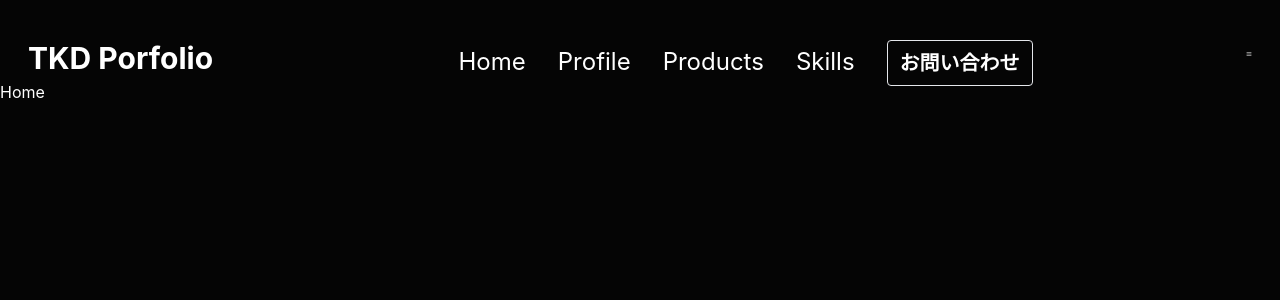
Repository: MitukiTakada/todo-aplication
Page: / (app in design/dev/react-tailwind/react-tailwind/)
These files come from the project's save history. The page is drawn as it stood at one moment and after the next save; the edit follows.
The browser window is 1280 px wide. The pictures show the whole page.
The project was rebuilt for these pictures with package versions that can differ from the ones it lists, and the page was loaded fresh each time. Also part of the build but not shown: design/dev/react-tailwind/react-tailwind/src/components/Products.jsx, design/dev/react-tailwind/react-tailwind/src/components/Profile.jsx, design/dev/react-tailwind/react-tailwind/src/components/Skills.jsx.

Above is the page before, as saved 2022-11-16 08:31:43.

After the next save:
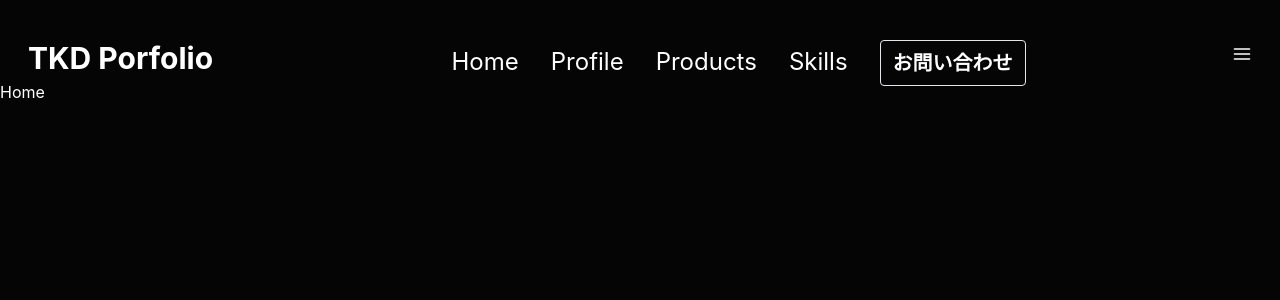
Saved 4 s later.
--- a/design/dev/react-tailwind/react-tailwind/src/components/Header.jsx
+++ b/design/dev/react-tailwind/react-tailwind/src/components/Header.jsx
@@ -19,7 +19,7 @@ const Header = () => {
         </a>
       </nav>
       <div className="">
-        <HamburgerIcon h={20} w={6}/>
+        <HamburgerIcon h={20} w={20}/>
       </div>
     </header>
   )
